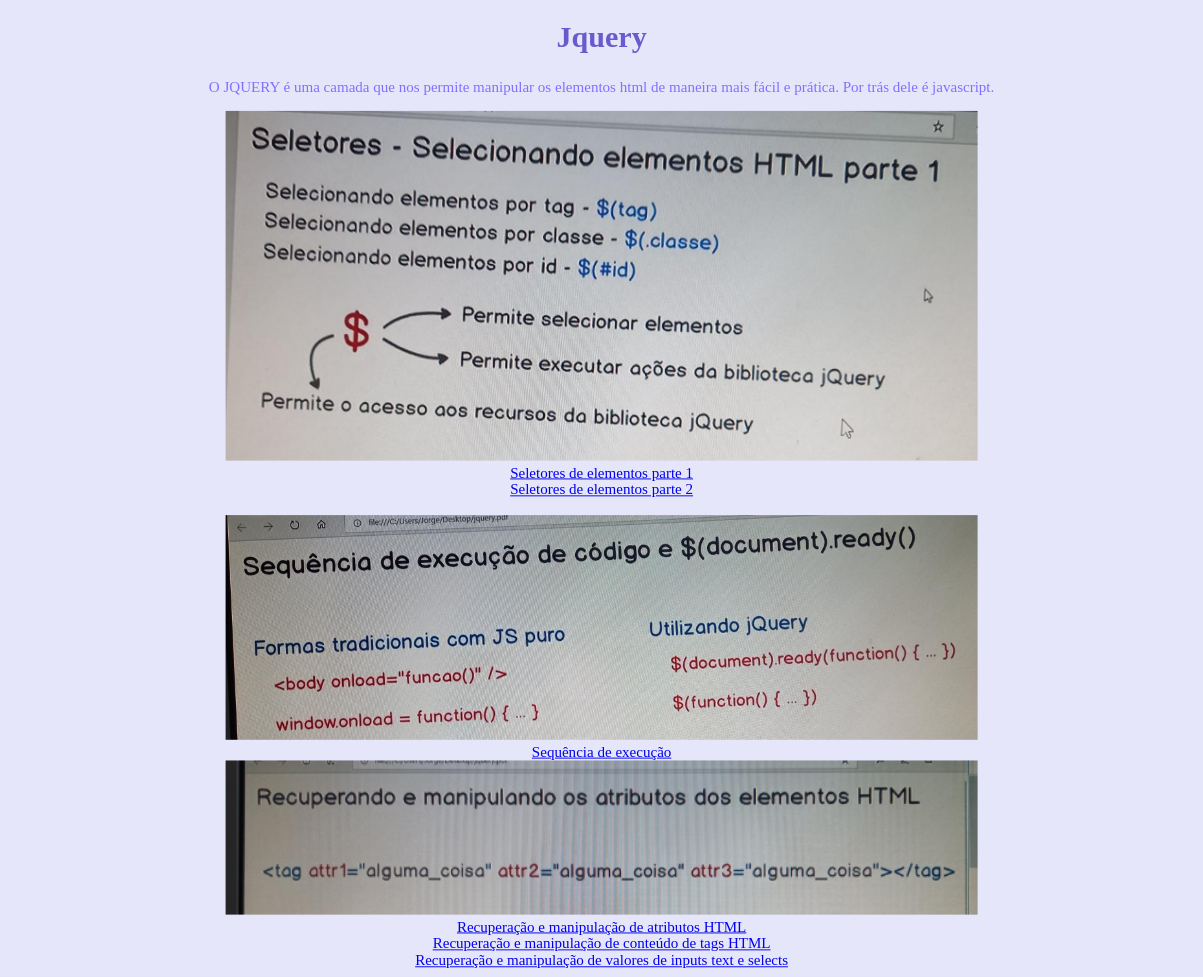
Repository: 2001mariana/jquery
Page: index.html
These files come from the project's save history. The page is drawn as it stood at one moment and after the next save; the edit follows.
The browser window is 1280 px wide. The pictures show the whole page, at 94% of full size.

Above is the page before, as saved 2022-08-04 15:22:30.

After the next save:
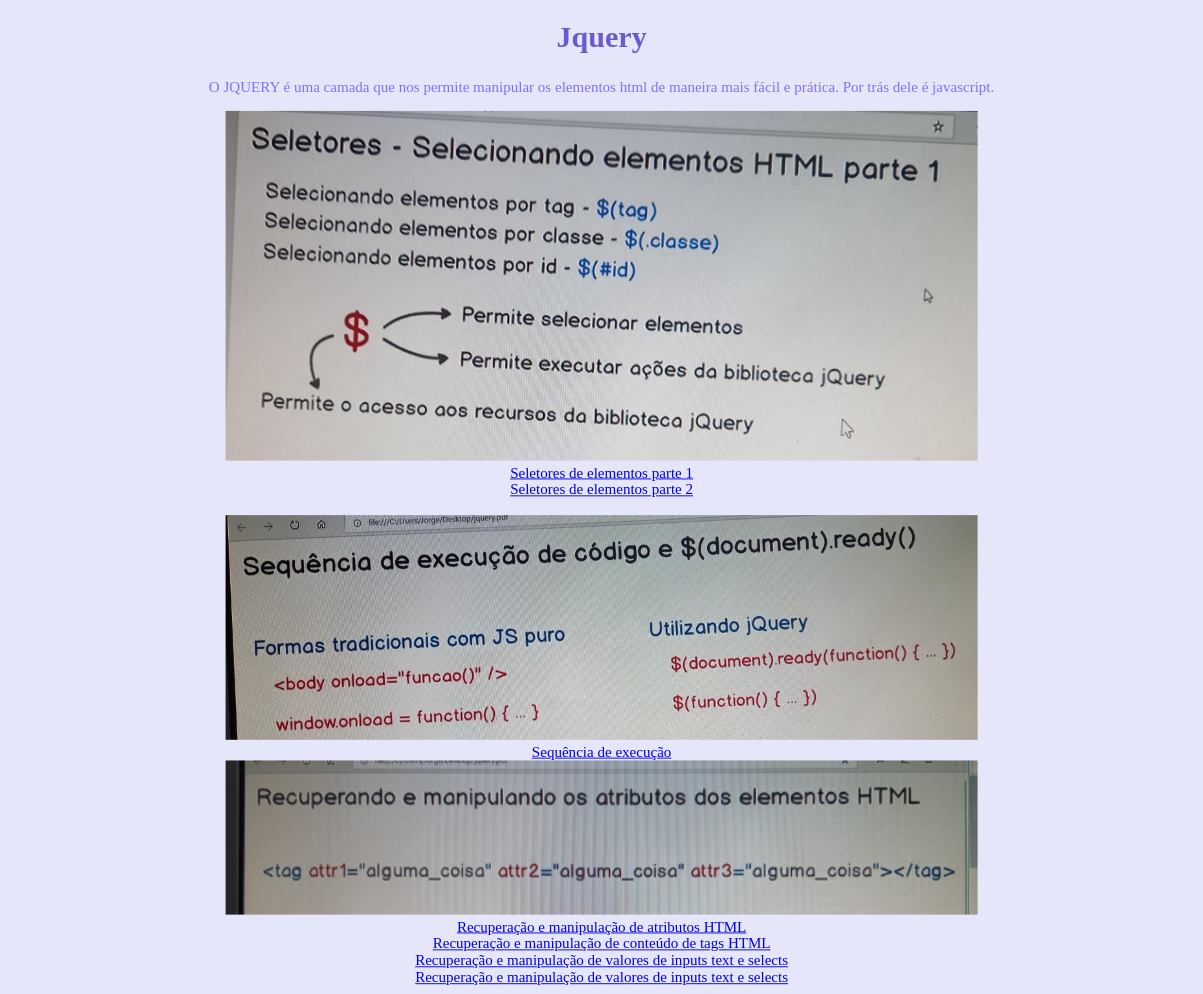
Saved 23 s later.
--- a/index.html
+++ b/index.html
@@ -30,6 +30,7 @@
     <div><a href="html-tag-content-manipulation.html">Recuperação e manipulação de conteúdo de tags HTML</a></div>
 
     <div><a href="manipulating-text-input-​​and-selects.html">Recuperação e manipulação de valores de inputs text e selects</a></div>
+    <div><a href="manipulating-text-input-​​and-selects.html">Recuperação e manipulação de valores de inputs text e selects</a></div>
 </body>
 <script>
     $("h1").css("color", "#6A5ACD")
